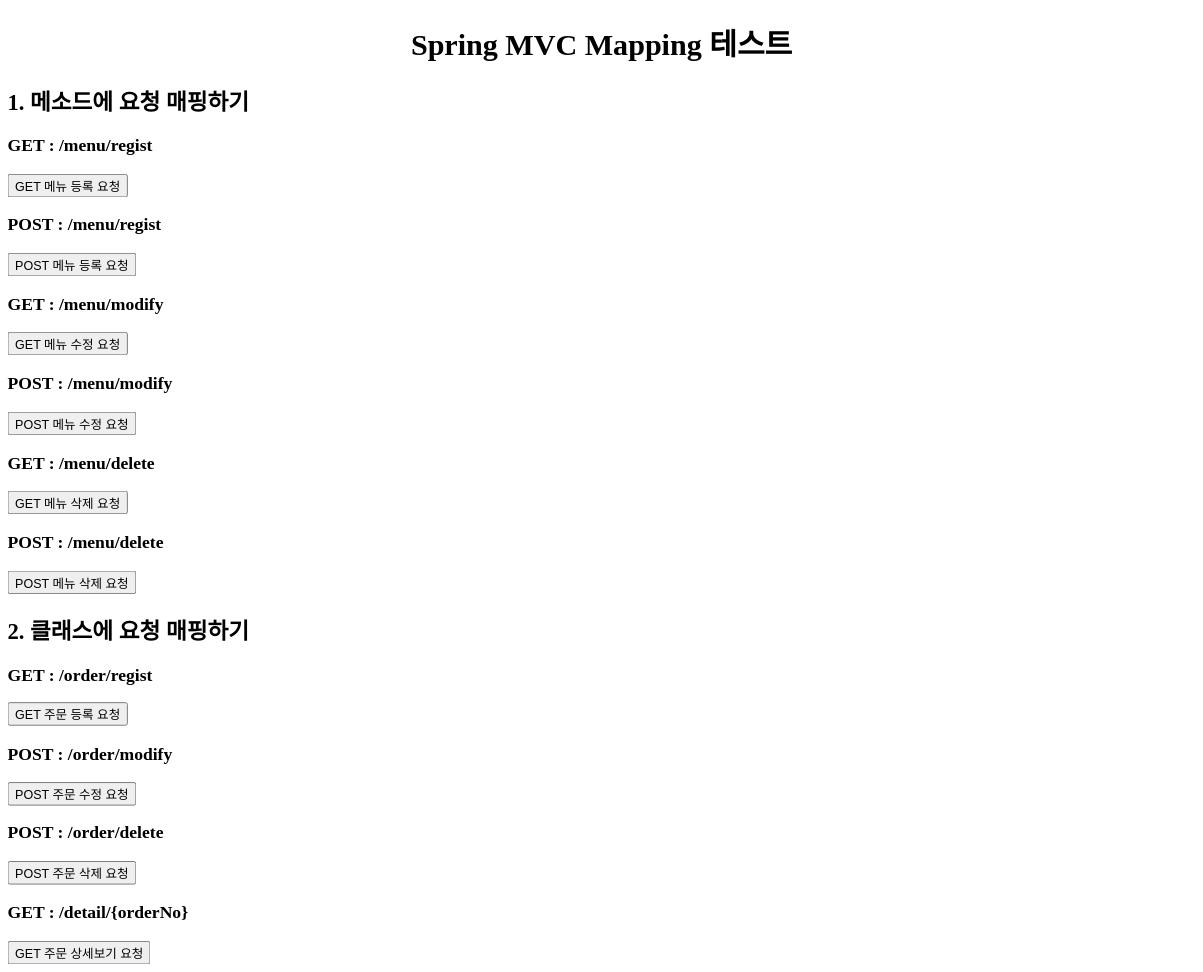
Repository: TheBeginnerJiyeon/multi_05_spring
Page: http://localhost/basic4/order/regist
The author's editor kept a copy of each file at every save. The page is drawn from the files as they stood at one save, then again after the next save.
The browser window is 1280 px wide. The pictures show the whole page, at 94% of full size.
The page is served by Tomcat 9. Other server files are loaded and not shown.

Above is the page before, as saved 2024-05-30 04:48:18.

### basic4/src/main/webapp/WEB-INF/views/order/regist.jsp
<%@ page language="java" contentType="text/html; charset=UTF-8"
    pageEncoding="UTF-8"%>
<!DOCTYPE html>
<html>
<head>
<meta charset="UTF-8">
<title>Insert title here</title>
</head>
<body>
	<h1 align="center">Spring MVC Mapping 테스트</h1>

	<h2>1. 메소드에 요청 매핑하기</h2>

	<h3>GET : /menu/regist</h3>
	<button onclick="location.href='${pageContext.servletContext.contextPath}/menu/regist'">GET 메뉴 등록 요청</button>

	<h3>POST : /menu/regist</h3>
	<form action="${pageContext.servletContext.contextPath}/menu/regist" method="post">
		<button type="submit">POST 메뉴 등록 요청</button>
	</form>

	<h3>GET : /menu/modify</h3>
	<button onclick="location.href='${pageContext.servletContext.contextPath}/menu/modify'">GET 메뉴 수정 요청</button>

	<h3>POST : /menu/modify</h3>
	<form action="${pageContext.servletContext.contextPath}/menu/modify" method="post">
		<button type="submit">POST 메뉴 수정 요청</button>
	</form>

	<h3>GET : /menu/delete</h3>
	<button onclick="location.href='${pageContext.servletContext.contextPath}/menu/delete'">GET 메뉴 삭제 요청</button>

	<h3>POST : /menu/delete</h3>
	<form action="${pageContext.servletContext.contextPath}/menu/delete" method="post">
		<button type="submit">POST 메뉴 삭제 요청</button>
	</form>

	<h2>2. 클래스에 요청 매핑하기</h2>

	<h3>GET : /order/regist</h3>
	<button onclick="location.href='${pageContext.servletContext.contextPath}/order/regist'">GET 주문 등록 요청</button>

	<h3>POST : /order/modify</h3>
	<form action="${pageContext.servletContext.contextPath}/order/modify" method="post">
		<button type="submit">POST 주문 수정 요청</button>
	</form>

	<h3>POST : /order/delete</h3>
	<form action="${pageContext.servletContext.contextPath}/order/delete" method="post">
		<button type="submit">POST 주문 삭제 요청</button>
	</form>


	<h3>GET : /detail/{orderNo}</h3>
	<button onclick="location.href='${pageContext.servletContext.contextPath}/order/detail/3'">GET 주문 상세보기 요청</button>

</body>
</html>

After the next save:
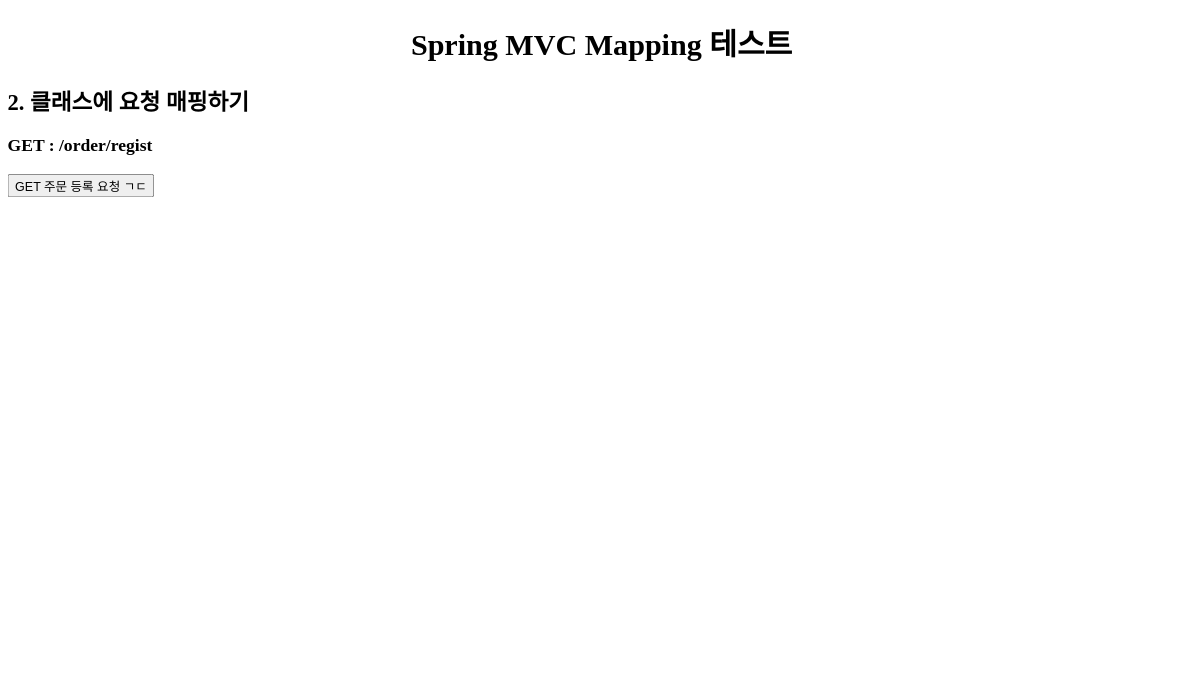
Saved 37 s later.
--- a/basic4/src/main/webapp/WEB-INF/views/order/regist.jsp
+++ b/basic4/src/main/webapp/WEB-INF/views/order/regist.jsp
@@ -9,50 +9,13 @@
 <body>
 	<h1 align="center">Spring MVC Mapping 테스트</h1>
 
-	<h2>1. 메소드에 요청 매핑하기</h2>
-
-	<h3>GET : /menu/regist</h3>
-	<button onclick="location.href='${pageContext.servletContext.contextPath}/menu/regist'">GET 메뉴 등록 요청</button>
-
-	<h3>POST : /menu/regist</h3>
-	<form action="${pageContext.servletContext.contextPath}/menu/regist" method="post">
-		<button type="submit">POST 메뉴 등록 요청</button>
-	</form>
-
-	<h3>GET : /menu/modify</h3>
-	<button onclick="location.href='${pageContext.servletContext.contextPath}/menu/modify'">GET 메뉴 수정 요청</button>
-
-	<h3>POST : /menu/modify</h3>
-	<form action="${pageContext.servletContext.contextPath}/menu/modify" method="post">
-		<button type="submit">POST 메뉴 수정 요청</button>
-	</form>
-
-	<h3>GET : /menu/delete</h3>
-	<button onclick="location.href='${pageContext.servletContext.contextPath}/menu/delete'">GET 메뉴 삭제 요청</button>
-
-	<h3>POST : /menu/delete</h3>
-	<form action="${pageContext.servletContext.contextPath}/menu/delete" method="post">
-		<button type="submit">POST 메뉴 삭제 요청</button>
-	</form>
 
 	<h2>2. 클래스에 요청 매핑하기</h2>
 
 	<h3>GET : /order/regist</h3>
-	<button onclick="location.href='${pageContext.servletContext.contextPath}/order/regist'">GET 주문 등록 요청</button>
-
-	<h3>POST : /order/modify</h3>
-	<form action="${pageContext.servletContext.contextPath}/order/modify" method="post">
-		<button type="submit">POST 주문 수정 요청</button>
-	</form>
-
-	<h3>POST : /order/delete</h3>
-	<form action="${pageContext.servletContext.contextPath}/order/delete" method="post">
-		<button type="submit">POST 주문 삭제 요청</button>
-	</form>
+	<button onclick="location.href='${pageContext.servletContext.contextPath}/order/regist'">GET 주문 등록 요청 ㄱㄷ</button>
 
 
-	<h3>GET : /detail/{orderNo}</h3>
-	<button onclick="location.href='${pageContext.servletContext.contextPath}/order/detail/3'">GET 주문 상세보기 요청</button>
 
 </body>
 </html>
